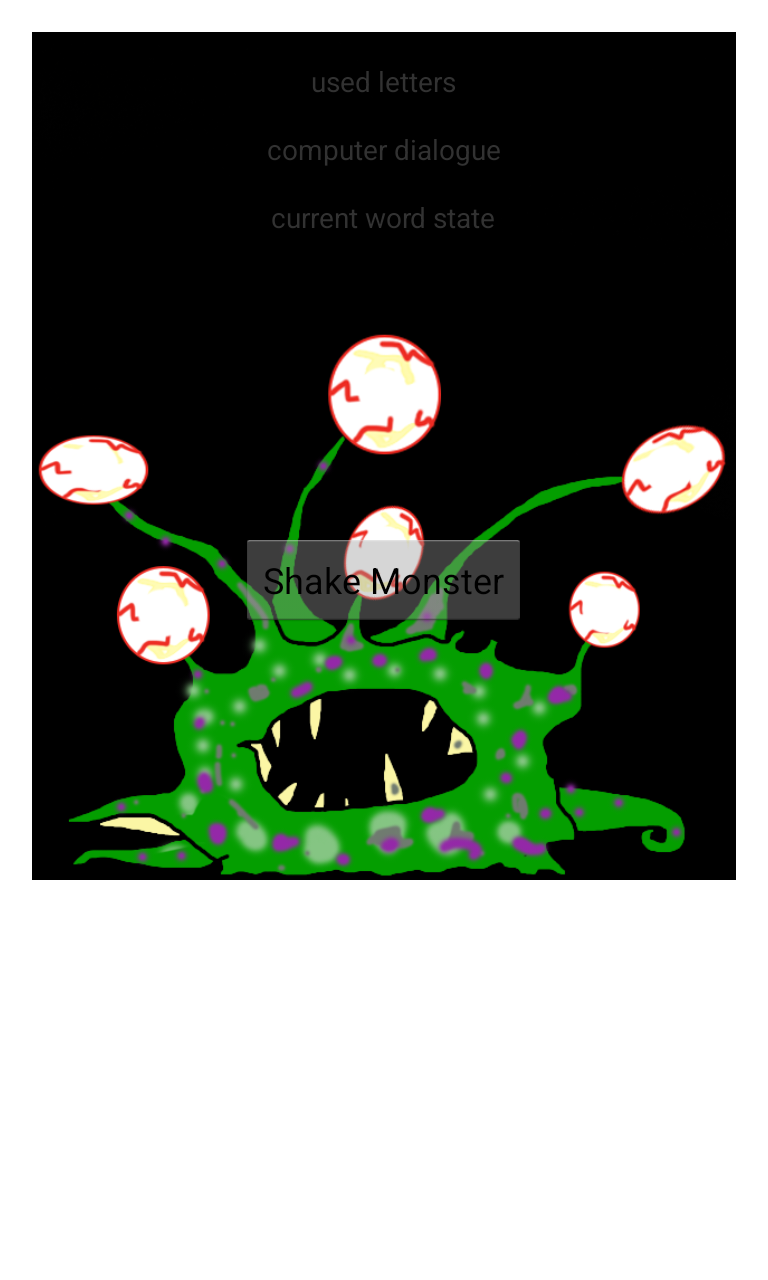
Repository: svandenhout/EvilSpaceMonsterHangman
Layout: evilSpaceMonsterHangman/res/layout/activity_main.xml
The author's editor kept a copy of each file at every save. The layout is drawn from the files as they stood at one save, then again after the next save.
It is drawn on a 768 x 1280 px phone screen (xhdpi) without system bars, with theme AppTheme; the app's code is not run.

Above is the layout before, as saved 2013-12-17 09:28:38.

### evilSpaceMonsterHangman/res/layout/activity_main.xml
<RelativeLayout xmlns:android="http://schemas.android.com/apk/res/android"
              xmlns:tools="http://schemas.android.com/tools"
              android:layout_width="match_parent"
              android:layout_height="match_parent"
              android:paddingLeft="@dimen/activity_horizontal_margin"
              android:paddingRight="@dimen/activity_horizontal_margin"
              android:paddingTop="@dimen/activity_vertical_margin"
              android:paddingBottom="@dimen/activity_vertical_margin"
              tools:context=".MainActivity"
              android:orientation="vertical">

    <ImageView
        android:id="@+id/space_monster"
        android:layout_width="wrap_content"
        android:layout_height="wrap_content"
        android:src="@drawable/spacemonster"
        android:layout_centerHorizontal="true"
        android:adjustViewBounds="true"/>

    <TextView
            android:id="@+id/usedLetters"
            android:layout_width="wrap_content"
            android:layout_height="wrap_content"
            android:text="@string/used_letters"
            android:layout_centerHorizontal="true"
            android:layout_marginTop="15dp"/>

    <TextView
            android:id="@+id/computerDialogue"
            android:layout_width="wrap_content"
            android:layout_height="wrap_content"
            android:layout_centerHorizontal="true"
            android:text="@string/computer_dialogue"
            android:layout_below="@+id/usedLetters"
            android:layout_marginTop="15dp"/>

    <TextView
            android:id="@+id/currentWordState"
            android:layout_width="wrap_content"
            android:layout_height="wrap_content"
            android:layout_below="@id/computerDialogue"
            android:text="@string/current_word_state"
            android:layout_centerHorizontal="true"
            android:layout_marginTop="15dp"/>

    <!-- TODO: make buttons relative to the imageview -->
    <Button
        android:id="@+id/eye_6"
        android:layout_width="50dp"
        android:layout_height="50dp"
        android:layout_alignTop="@+id/space_monster"
        android:layout_alignParentLeft="true"
        android:layout_marginTop="150dp"
        android:background="@null"/>

    <Button
        android:id="@+id/eye_2"
        android:layout_width="50dp"
        android:layout_height="50dp"
        android:layout_alignTop="@+id/space_monster"
        android:layout_marginTop="150dp"
        android:layout_alignParentRight="true"
        android:background="@null"/>

    <Button
        android:id="@+id/eye_5"
        android:layout_width="50dp"
        android:layout_height="50dp"
        android:layout_alignLeft="@+id/eye_6"
        android:layout_below="@+id/eye_6"
        android:layout_marginLeft="30dp"
        android:layout_marginTop="10dp"
        android:background="@null"/>

    <Button
        android:id="@+id/eye_3"
        android:layout_width="50dp"
        android:layout_height="50dp"
        android:layout_alignTop="@+id/space_monster"
        android:layout_centerHorizontal="true"
        android:layout_marginTop="120dp"
        android:background="@null"/>

    <Button
        android:id="@+id/eye_1"
        android:layout_width="50dp"
        android:layout_height="50dp"
        android:layout_alignRight="@+id/eye_2"
        android:layout_below="@+id/eye_2"
        android:layout_marginRight="30dp"
        android:layout_marginTop="10dp"
        android:background="@null"/>

    <Button
        android:id="@+id/eye_4"
        android:layout_width="50dp"
        android:layout_height="50dp"
        android:layout_below="@+id/eye_3"
        android:layout_centerHorizontal="true"
        android:layout_marginTop="15dp"
        android:background="@null"/>

    <Button
        android:id="@+id/shake_button"
        android:layout_width="wrap_content"
        android:layout_height="wrap_content"
        android:layout_alignTop="@+id/space_monster"
        android:layout_centerHorizontal="true"
        android:layout_marginTop="250dp"
        android:text="@string/shake_monster"/>



</RelativeLayout>

### evilSpaceMonsterHangman/res/values/strings.xml
<?xml version="1.0" encoding="utf-8"?>
<resources>

    <string name="app_name" >Hangman
    </string>

    <!-- settings & preferences -->
    <string name="hi_scores" >hi-scores
    </string>
    <string name="settings" >settings
    </string>
    <string name="reset" >reset game
    </string>

    <string name="title_user_name" >user name
    </string>
    <string name="title_word_length">word length
    </string>
    <string name="title_amount_of_turns">amount of turns
    </string>
    <string name="title_evil_mode">Evil Mode
    </string>

    <string name="summary_user_name">set your user name here
    </string>
    <string name="summary_word_length">set the length of the words that you want to use
    </string>
    <string name="summary_amount_of_turns">set the amount of turns until you lose
    </string>
    <string name="summary_evil_mode">Start playing Evil Mode, You will not win
    </string>

    <string name="dialog_user_name" >user name:
    </string>
    <string name="dialog_word_length">word length:
    </string>
    <string name="dialog_amount_of_turns">amount of turns:
    </string>
    <string name="dialog_evil_mode">Evil Mode?
    </string>


    <!-- game ui -->
    <string name="current_word" >current word
    </string>
    <string name="current_word_state" >current word state
    </string>
    <string name="used_letters" >used letters
    </string>
    <string name="computer_dialogue">computer dialogue</string>
    <string name="button_text">~</string>
    <string name="shake_monster">Shake Monster</string>

    <!-- game states -->
    <string name="game_won">game won
    </string>
    <string name="game_lost">game lost
    </string>

    <!-- computer monologue -->
    <string name="cmonologue_start">Pick a letter to start playing</string>
    <string name="cmonologue_used">This letter has already been used, try again</string>
    <string name="cmonologue_invalid">WHAT THE HELL IS THAT!?, try another one</string>
    <string name="cmonologue_wrong">Wrong guess, pick again</string>
    <string name="cmonologue_correct">Lucky, why don\'t you try again?</string>
    <string name="cmonologue_won">:((</string>
    <string name="cmonologue_lost">:-)</string>
</resources>

Loaded but not shown: evilSpaceMonsterHangman/res/values/styles.xml (common file); evilSpaceMonsterHangman/res/values-v11/styles.xml (common file); evilSpaceMonsterHangman/res/values-v14/styles.xml (common file); evilSpaceMonsterHangman/res/values/dimens.xml (common file)

After the next save:
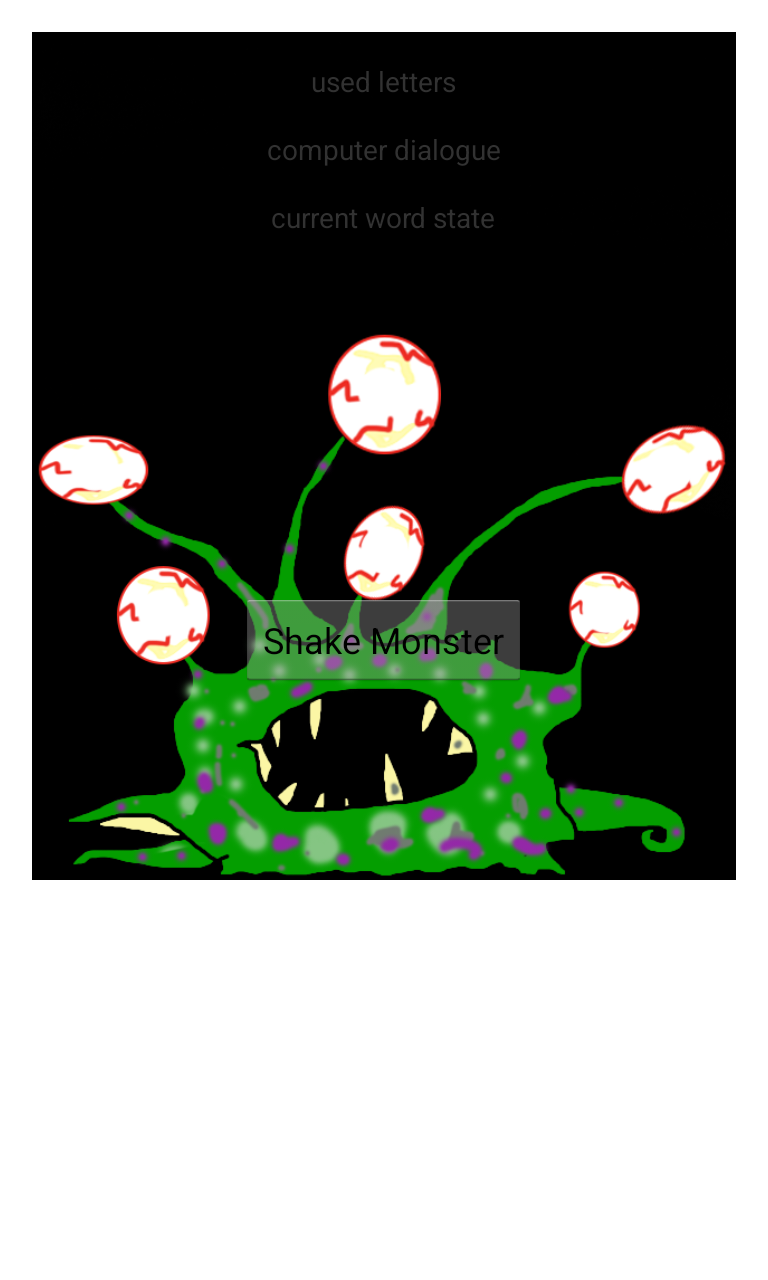
Saved 14 s later.
--- a/evilSpaceMonsterHangman/res/layout/activity_main.xml
+++ b/evilSpaceMonsterHangman/res/layout/activity_main.xml
@@ -106,7 +106,7 @@
         android:layout_height="wrap_content"
         android:layout_alignTop="@+id/space_monster"
         android:layout_centerHorizontal="true"
-        android:layout_marginTop="250dp"
+        android:layout_marginTop="280dp"
         android:text="@string/shake_monster"/>
 
 
